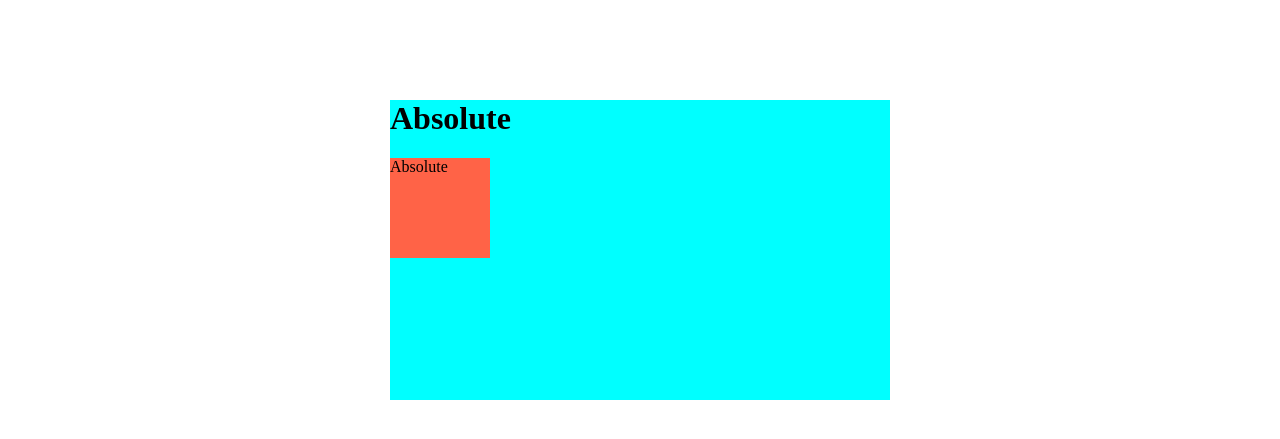
Repository: tandoan-teaching/teaching
Page: ltt/web/exercises/exercise2/position/test.html
The author's editor kept a copy of each file at every save. The page is drawn from the files as they stood at one save, then again after the next save.
The browser window is 1280 px wide. The pictures show the whole page.

Above is the page before, as saved 2024-03-23 08:27:47.

### ltt/web/exercises/exercise2/position/test.html
<!DOCTYPE html>
<html lang="en">
<head>
    <meta charset="UTF-8">
    <meta name="viewport" content="width=device-width, initial-scale=1.0">
    <title>Document</title>
    <style>

        .container {
            width: 500px;
            height: 300px;
            background-color: aqua;
            margin: 100px auto;
        }

        .absolute {
            width: 100px;
            height: 100px;
            background-color: tomato;
            position: absolute;
        }

    </style>
</head>
<body>

    <div class="container">
        <h1>Absolute</h1>

        <div class="absolute">
            Absolute
        </div>
    </div>
</body>
</html>

After the next save:
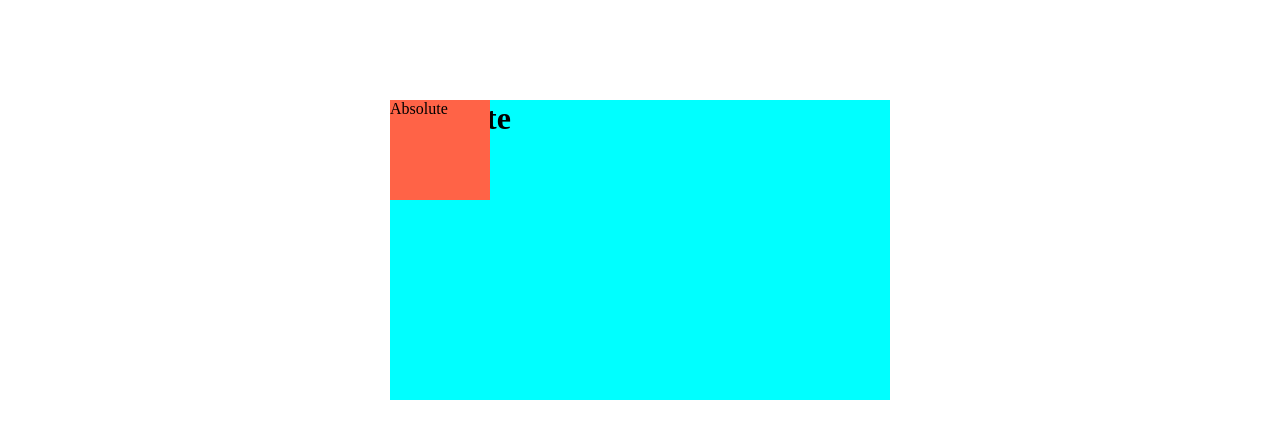
Saved 20 s later.
--- a/ltt/web/exercises/exercise2/position/test.html
+++ b/ltt/web/exercises/exercise2/position/test.html
@@ -18,6 +18,7 @@
             height: 100px;
             background-color: tomato;
             position: absolute;
+            top: 100px;
         }
 
     </style>
